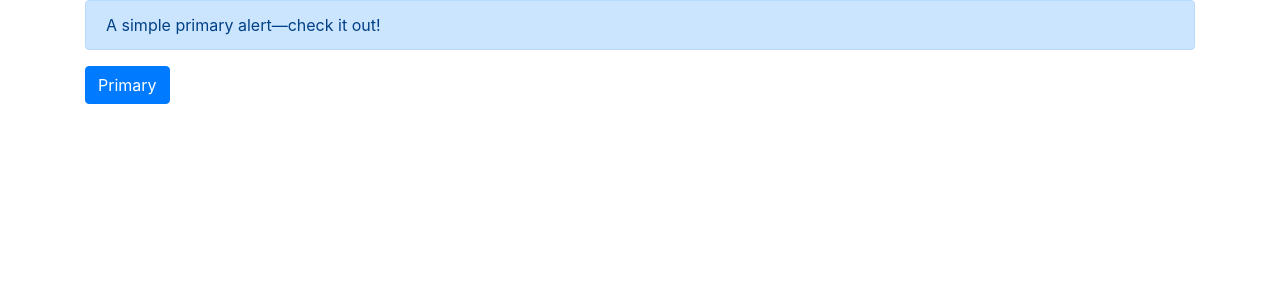
Repository: woodyalan/bootstrap-4
Page: componentes.html
An editor plug-in stored every save of this project. The page is shown before and after the next save, followed by the edit.
The browser window is 1280 px wide. The pictures show the whole page.

Above is the page before, as saved 2020-09-08 22:46:54.

After the next save:
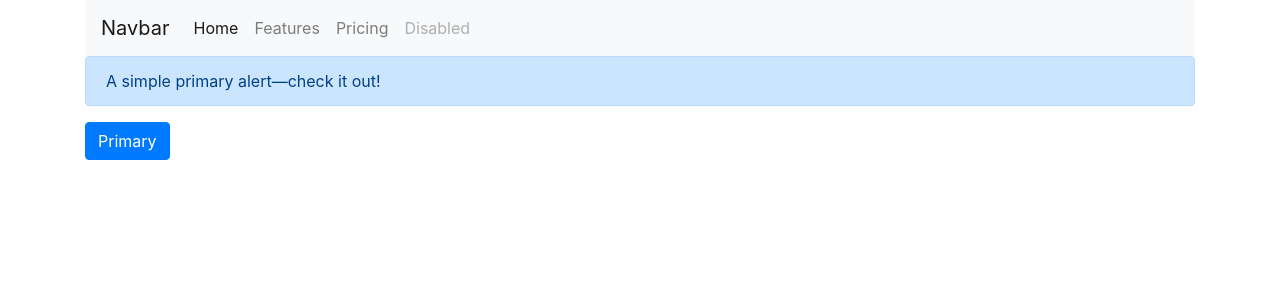
Saved 89 s later.
--- a/componentes.html
+++ b/componentes.html
@@ -11,6 +11,36 @@
   </head>
   <body>
     <div class="container">
+      <nav class="navbar navbar-expand-lg navbar-light bg-light">
+        <a class="navbar-brand" href="#">Navbar</a>
+        <button
+          class="navbar-toggler"
+          type="button"
+          data-toggle="collapse"
+          data-target="#navbarNav"
+          aria-controls="navbarNav"
+          aria-expanded="false"
+          aria-label="Toggle navigation"
+        >
+          <span class="navbar-toggler-icon"></span>
+        </button>
+        <div class="collapse navbar-collapse" id="navbarNav">
+          <ul class="navbar-nav">
+            <li class="nav-item active">
+              <a class="nav-link" href="#">Home <span class="sr-only">(current)</span></a>
+            </li>
+            <li class="nav-item">
+              <a class="nav-link" href="#">Features</a>
+            </li>
+            <li class="nav-item">
+              <a class="nav-link" href="#">Pricing</a>
+            </li>
+            <li class="nav-item">
+              <a class="nav-link disabled" href="#" tabindex="-1" aria-disabled="true">Disabled</a>
+            </li>
+          </ul>
+        </div>
+      </nav>
       <div class="alert alert-primary" role="alert">A simple primary alert—check it out!</div>
 
       <button type="button" class="btn btn-primary">Primary</button>
